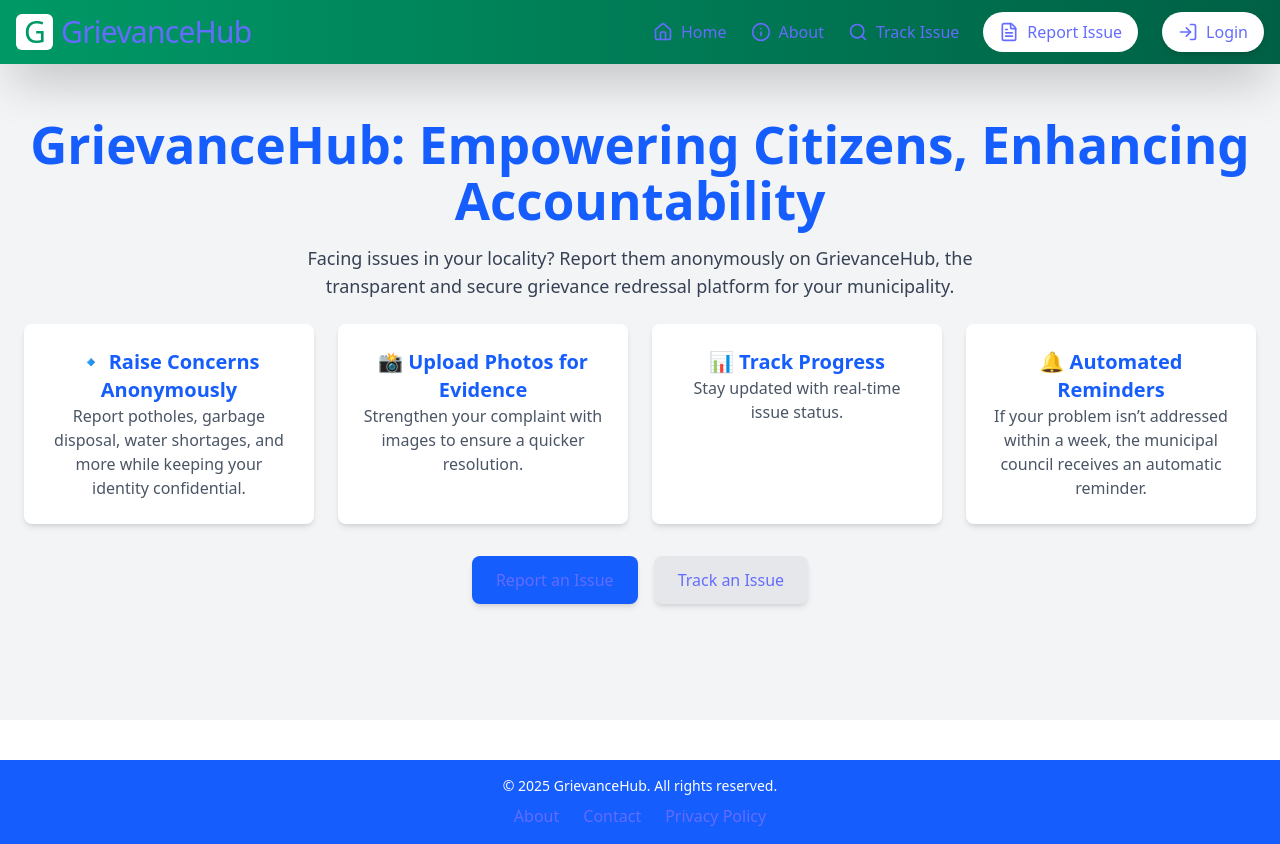
Repository: Aishi4/Grievance-Hub
Page: / (app in my-vite-Griv/)
These files come from the project's save history. The page is drawn as it stood at one moment and after the next save; the edit follows.
The browser window is 1280 px wide. The pictures show the whole page.
The project was rebuilt for these pictures with package versions that can differ from the ones it lists, and the page was loaded fresh each time. Also part of the build but not shown: my-vite-Griv/vite.config.js, my-vite-Griv/src/ReportSubmit.jsx, my-vite-Griv/src/Report.jsx, my-vite-Griv/src/App.jsx.

Above is the page before, as saved 2025-03-27 20:22:01.

After the next save:
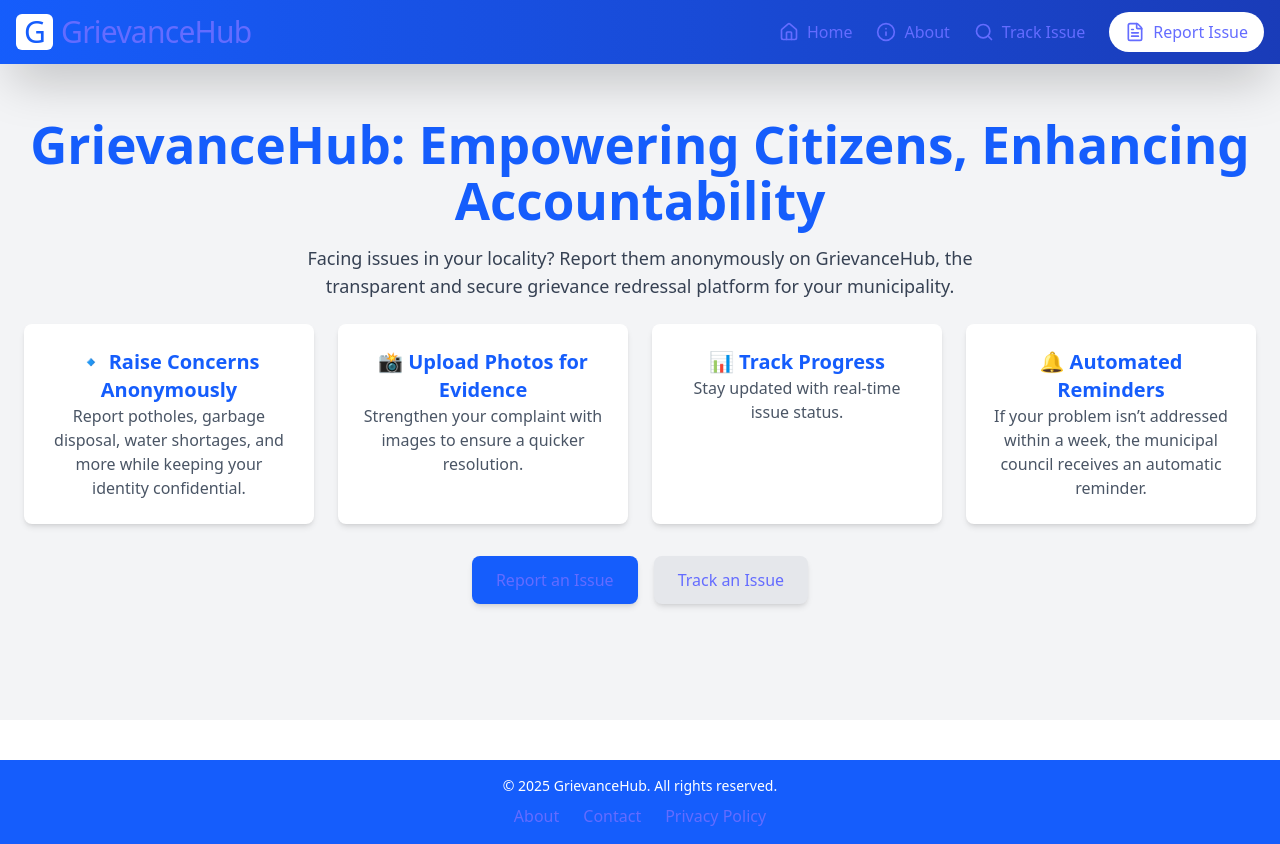
Saved 4 s later.
--- a/my-vite-Griv/src/Navbar.jsx
+++ b/my-vite-Griv/src/Navbar.jsx
@@ -1,7 +1,7 @@
 import React, { useState } from 'react';
 import { Link } from "react-router-dom";
 import { motion } from "framer-motion";
-import { Home, Info, Search, FileText, LogIn } from "lucide-react";
+import { Home, Info, Search, FileText } from "lucide-react";
 
 const Navbar = () => {
   const [isHovered, setIsHovered] = useState(null);
@@ -35,7 +35,7 @@ const Navbar = () => {
       initial={{ opacity: 0, y: -50 }}
       animate={{ opacity: 1, y: 0 }}
       transition={{ duration: 0.6, type: "spring", stiffness: 50 }}
-      className="fixed w-full z-50 bg-gradient-to-r from-emerald-600 to-emerald-800 text-white shadow-2xl"
+      className="fixed w-full z-50 bg-gradient-to-r from-blue-600 to-blue-800 text-white shadow-2xl"
     >
       <div className="container mx-auto px-4 py-3 flex justify-between items-center">
         {/* Logo with Hover Effect */}
@@ -47,12 +47,12 @@ const Navbar = () => {
             to="/"
             className="text-3xl font-extrabold tracking-tight flex items-center space-x-2"
           >
-            <span className="bg-white text-emerald-600 px-2 rounded-md">G</span>
+            <span className="bg-white text-blue-600 px-2 rounded-md">G</span>
             <span>GrievanceHub</span>
           </Link>
         </motion.div>
 
-        {/* Navigation Links and Login */}
+        {/* Navigation Links */}
         <div className="flex items-center space-x-6">
           {navItems.map((item, index) => (
             <motion.div
@@ -66,8 +66,8 @@ const Navbar = () => {
                 className={`
                   flex items-center space-x-2
                   ${item.special
-                    ? 'bg-white text--600 px-4 py-2 rounded-full'
-                    : 'text-white hover:text-emerald-200'}
+                    ? 'bg-white text-blue-600 px-4 py-2 rounded-full'
+                    : 'text-white hover:text-blue-200'}
                   transition-all duration-300
                 `}
               >
@@ -85,20 +85,6 @@ const Navbar = () => {
               )}
             </motion.div>
           ))}
-
-          {/* Login Button */}
-          <motion.div
-            whileHover={{ scale: 1.05 }}
-            whileTap={{ scale: 0.95 }}
-          >
-            <Link
-              to="/login"
-              className="flex items-center space-x-2 bg-white text-emerald-700 px-4 py-2 rounded-full font-semibold shadow-md hover:bg-emerald-50 transition-all duration-300"
-            >
-              <LogIn size={20} />
-              <span>Login</span>
-            </Link>
-          </motion.div>
         </div>
       </div>
     </motion.nav>
